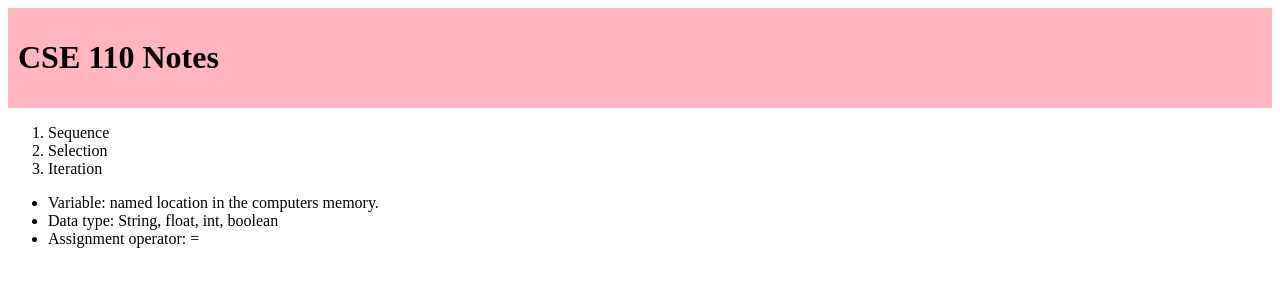
Repository: harleywolfley/wdd130
Page: spring25/cse110/cseindex.html
The author's editor kept a copy of each file at every save. The page is drawn from the files as they stood at one save, then again after the next save.
The browser window is 1280 px wide. The pictures show the whole page.

Above is the page before, as saved 2025-04-29 16:38:06.

After the next save:
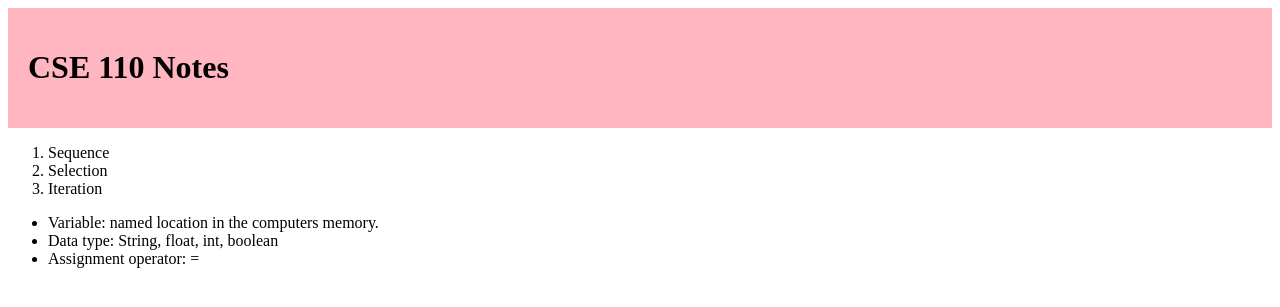
Saved 26 s later.
--- a/spring25/cse110/csestyle.css
+++ b/spring25/cse110/csestyle.css
@@ -1,4 +1,4 @@
 header {
     background-color: lightpink;
-    padding: 10px 10px;
+    padding: 20px 20px;
 }
